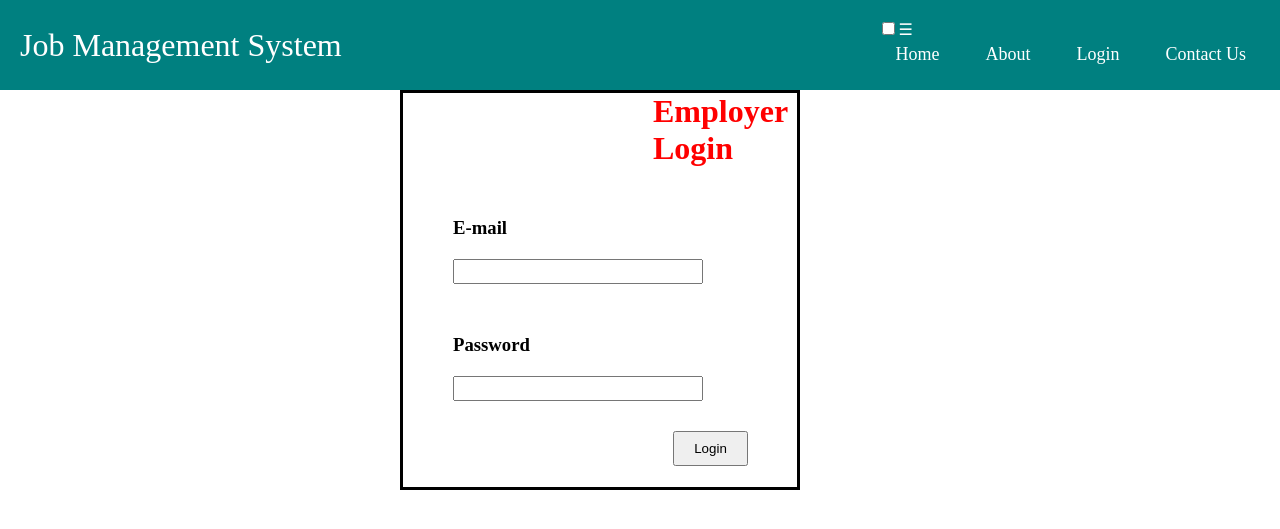
Repository: PrinceKumawat1109/JFSD
Page: http://localhost/Job-management/employerlogin.jsp
These files come from the project's save history. The page is drawn as it stood at one moment and after the next save; the edit follows.
The browser window is 1280 px wide. The pictures show the whole page.
The page is served by Tomcat 9. Other server files are loaded and not shown.

Above is the page before, as saved 2022-10-29 21:58:05.

### Job-management/src/main/webapp/employerlogin.jsp
<%@ page language="java" contentType="text/html; charset=UTF-8"
    pageEncoding="UTF-8"%>
<!DOCTYPE html>
<html>
<head>
<meta charset="UTF-8">
<title>Employer Login</title>
<style>
h2{
text-align : center;
font-size : 35px;
}
.first
{
margin-left: 650px;
margin-top: 50px;
}
button
{
margin-left:100px;
margin-top:20px;
}
.card{
height: 400px;
width: 400px;
border-style: solid;
margin-left: 400px;
}
.i{
margin-top: 10px;
margin-left: 170px;
}
</style>
</head>
<jsp:include page="navbar2.jsp" />
<body>
<div class="card">
	<h1 style=" color: red; margin-left: 250px;">Employer Login</h1>
<h3 style="margin-left: 50px; margin-top: 50px;">E-mail</h3>
	<input style="margin-left: 50px; margin-top: 20px; height: 25px; width: 250px;" type="text" id="t1"/>
	<h3 style="margin-left: 50px; margin-top: 50px;">Password</h3>
	<input style="margin-left: 50px; margin-top: 20px; height: 25px; width: 250px;" type="password" id="t2"/>
	<div class="i">
	<button style="height: 35px; width: 75px;"  onclick="login()">Login</button>
	<label id="lbl"></label>
	</div>
</div>
<!-- <h2> Employer Login</h2>
<div class=" first">
	<p>E-mail : <input type="text" id="t1"/></p>
	<br/>
	<p>Password : <input type="password" id="t2"/></p>
	<button onclick="login()">Login</button>
	<label id="lbl"></label>
</div> -->
</body>
<script type="text/javascript">
function login()
{
	var xhtml = new XMLHttpRequest();
	var t1 = document.getElementById("t1");
	var t2 = document.getElementById("t2");
	var url = "http://localhost:8080/api/eregister/login/"+t1.value+"/"+t2.value;
	xhtml.open("POST", url, true);
	xhtml.setRequestHeader('Content-Type','application/json');


	var lbl = document.getElementById("lbl");

	xhtml.send();

	xhtml.onreadystatechange = function()
	{
		if(this.readyState == 4 && this.status == 200)
			lbl.innerText = this.responseText;
			window.location="http://localhost:8080/findajob.jsp";
	};
}
</script>
</html>

### Job-management/src/main/webapp/navbar2.jsp
<!DOCTYPE html>
<html lang="en">
 <head>
   <meta charset="UTF-8" />
   <meta http-equiv="X-UA-Compatible" content="IE=edge" />
   <meta name="viewport" content="width=device-width, initial-scale=1.0" />
   <style>

    /* UTILITIES */
* {
 margin: 0;
 padding: 0;
 box-sizing: border-box;
}
body {
 font-family: cursive;
}
a {
 text-decoration: none;
}
li {
 list-style: none;
}

/* NAVBAR STYLING STARTS */
.navbar {
 display: flex;
 align-items: center;
 justify-content: space-between;
 padding: 20px;
 background-color: teal;
 color: #fff;
}
.nav-links a {
 color: #fff;
}
/* LOGO */
.logo {
 font-size: 32px;
}
/* NAVBAR MENU */
.menu {
 display: flex;
 gap: 1em;
 font-size: 18px;
}
.menu li:hover {
 background-color: #4c9e9e;
 border-radius: 5px;
 transition: 0.3s ease;
}
.menu li {
 padding: 5px 14px;
}
/* DROPDOWN MENU */
.services {
 position: relative;
}
.dropdown {
 background-color: rgb(1, 139, 139);
 padding: 1em 0;
 position: absolute; /*WITH RESPECT TO PARENT*/
 display: none;
 border-radius: 8px;
 top: 35px;
}
.dropdown li + li {
 margin-top: 10px;
}
.dropdown li {
 padding: 0.5em 1em;
 width: 8em;
 text-align: center;
}
.dropdown li:hover {
 background-color: #4c9e9e;
}
.services:hover .dropdown {
 display: block;
}
   </style>
   <title>Document</title>
 </head>
 <body>
   <nav class="navbar">
     <!-- LOGO -->
     <div class="logo">Job Management System</div>
     <!-- NAVIGATION MENU -->
     <ul class="nav-links">
       <!-- USING CHECKBOX HACK -->
       <input type="checkbox" id="checkbox_toggle" />
       <label for="checkbox_toggle" class="hamburger">&#9776;</label>
       <!-- NAVIGATION MENUS -->
       <div class="menu">
         <li><a href="/">Home</a></li>
         <li><a href="/">About</a></li>
         <li class="services">
           <a href="/">Login</a>
           <!-- DROPDOWN MENU -->
           <ul class="dropdown">
             <li><a href="dashboard.jsp">DASHBOARD </a></li>
             <li><a href="applicants.jsp">APPLICANTS</a></li>
             <li><a href="newposition.jsp">POST A NEW JOB</a></li>
             <li><a href="https://rzp.io/i/k9xa2LhReQ">PAYMENT</a></li>
             <li><a href="index.jsp">LOGOUT</a></li>
           </ul>
         </li>
         <li><a href="/">Contact Us</a></li>
       </div>
     </ul>
   </nav>
 </body>
</html>

After the next save:
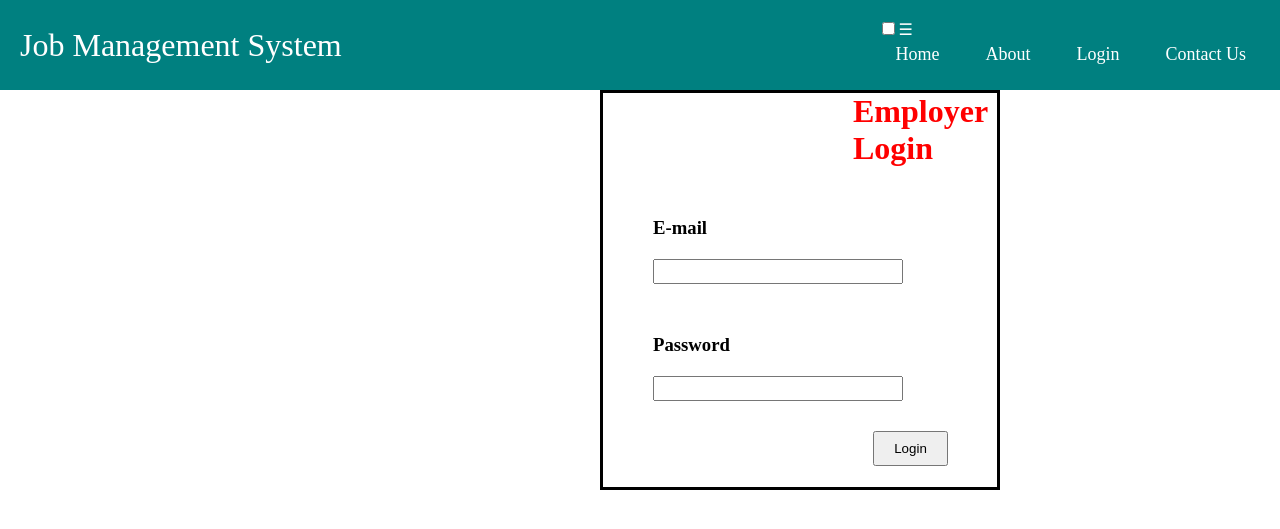
Saved 26 s later.
--- a/Job-management/src/main/webapp/employerlogin.jsp
+++ b/Job-management/src/main/webapp/employerlogin.jsp
@@ -24,7 +24,7 @@ margin-top:20px;
 height: 400px;
 width: 400px;
 border-style: solid;
-margin-left: 400px;
+margin-left: 600px;
 }
 .i{
 margin-top: 10px;
